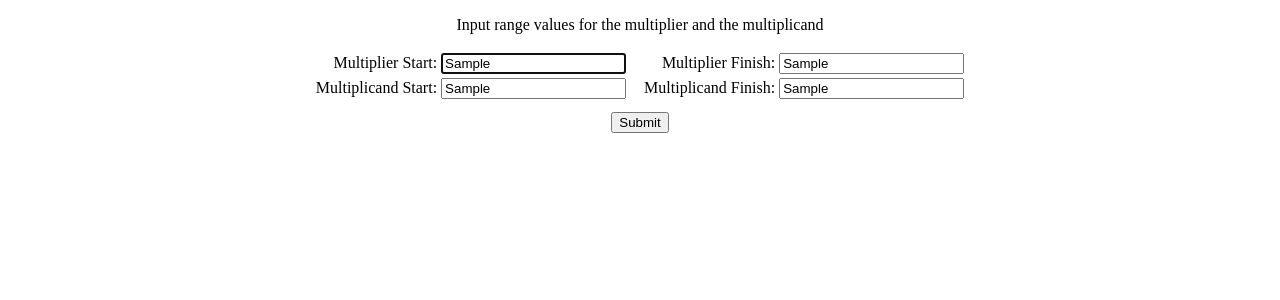
Repository: khrasna/HW4Part2
Page: index.html
An editor plug-in stored every save of this project. The page is shown before and after the next save, followed by the edit.
The browser window is 1280 px wide. The pictures show the whole page.
Empty fields were first filled with sample values (such as "Sample", 5 or name@example.com).
After loading, the first visible `#FormInput > input` was clicked once.

Above is the page before, as saved 2021-11-12 16:28:29.

After the next save:
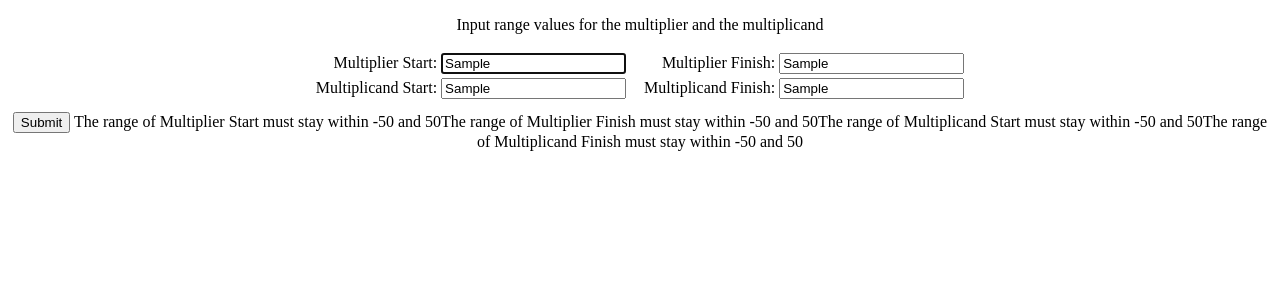
Saved 118 s later.
--- a/formvalidate.js
+++ b/formvalidate.js
@@ -49,7 +49,7 @@ $(function (){
             },
 
             errorPlacement: function (error, element) {
-                error.append($('#FormInput span'));
+                $(error).appendTo($('#FormInput'));
             }
         });
     });
